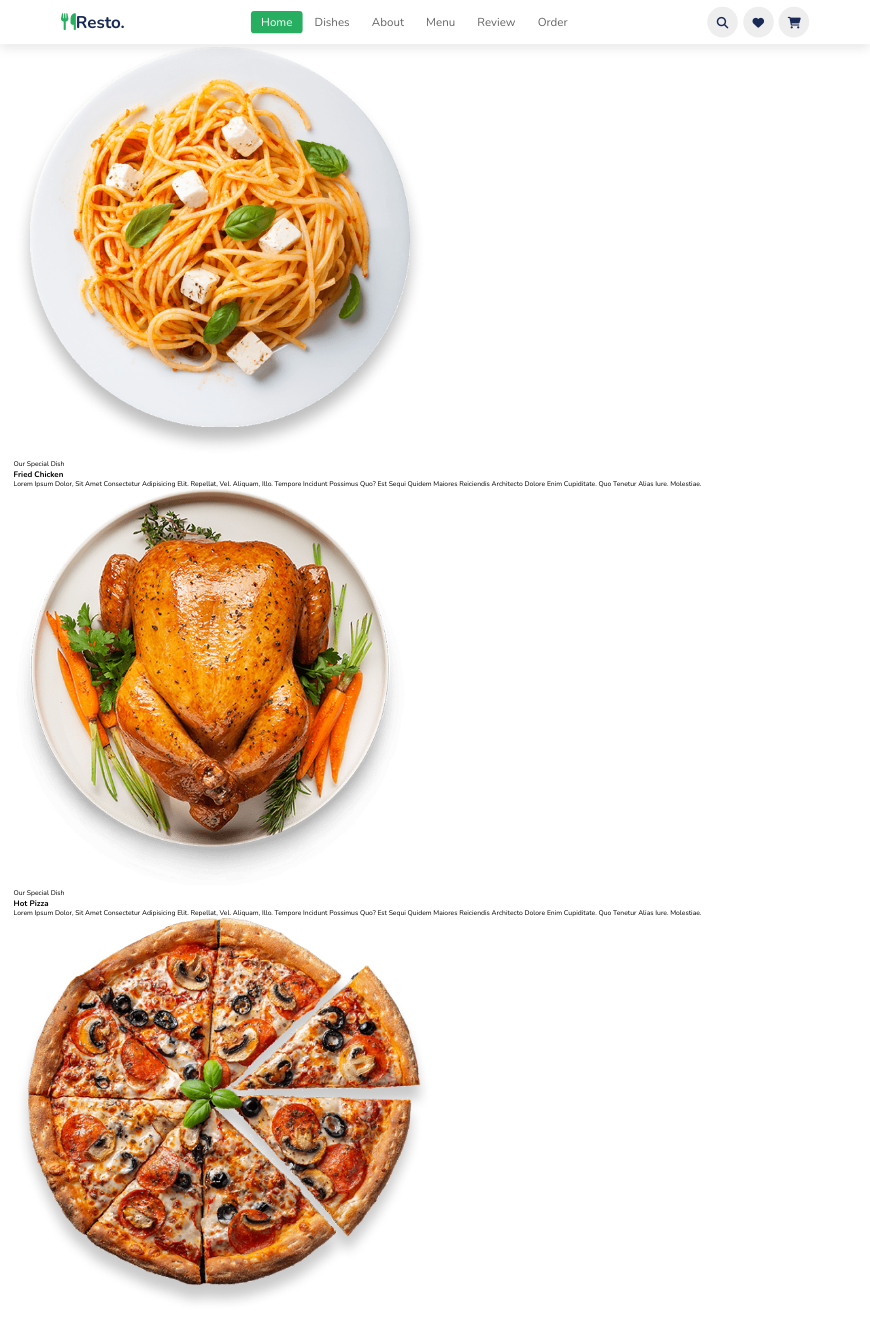
Repository: CarsonDev1/FoodWeb
Page: index.html
These files come from the project's save history. The page is drawn as it stood at one moment and after the next save; the edit follows.
The browser window is 1280 px wide. The pictures show the whole page, at 68% of full size.
Some web libraries are served in a nearby version.

Above is the page before, as saved 2022-05-18 19:27:22.

After the next save:
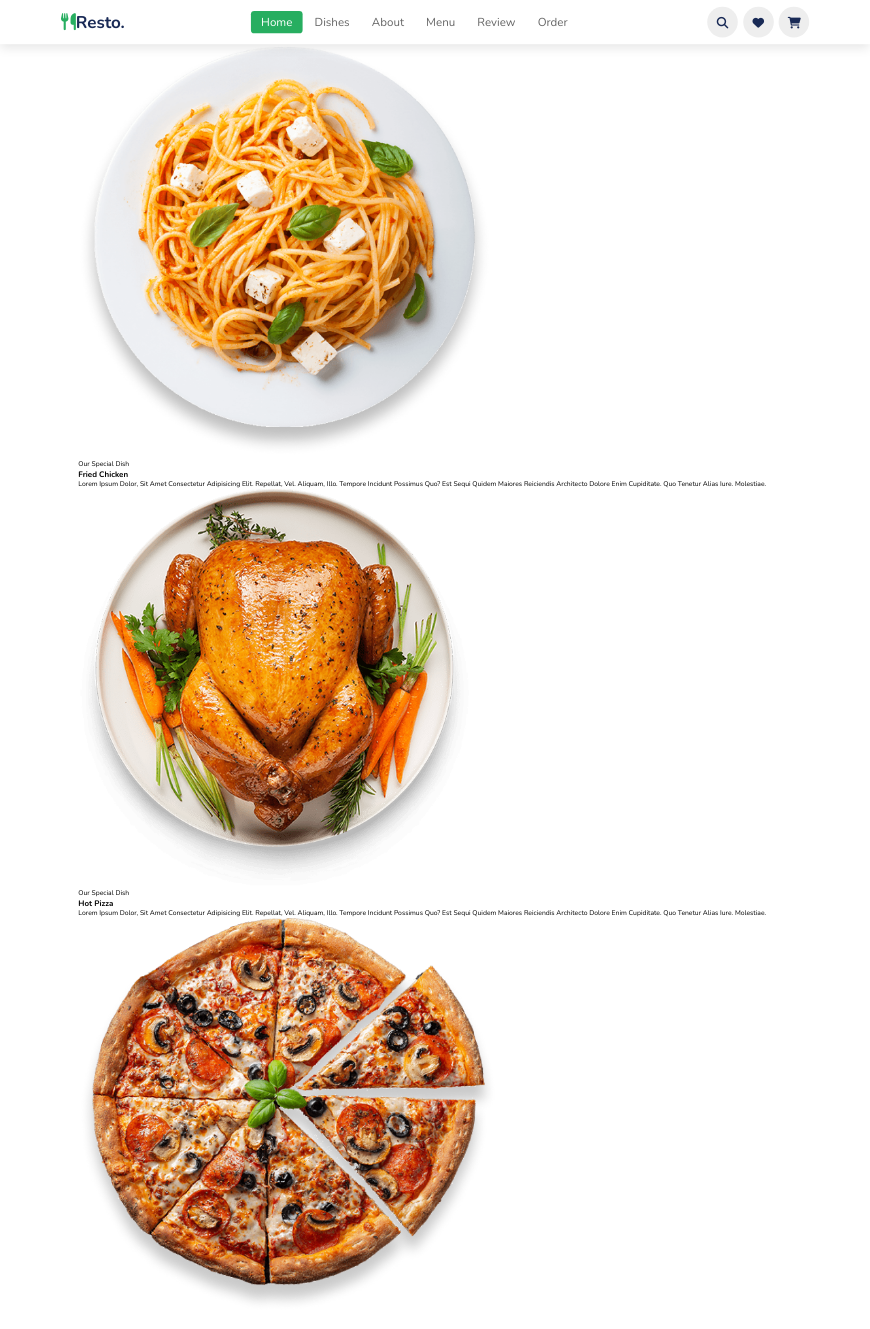
Saved 9 s later.
--- a/css/style.css
+++ b/css/style.css
@@ -22,7 +22,7 @@ html {
   scroll-behavior: smooth;
 }
 section {
-  padding: 2rem;
+  padding: 2rem 9%;
 }
 header {
   position: fixed;
